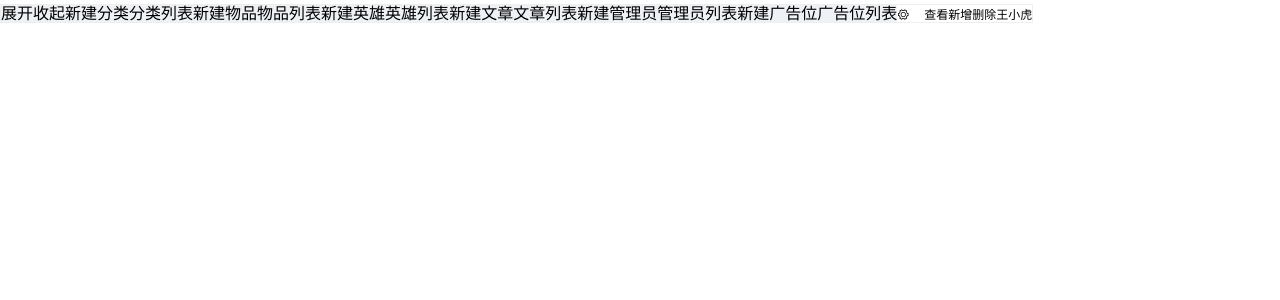
Repository: zqw980624/aaa
Page: / (app in admin/)
An editor plug-in stored every save of this project. The page is shown before and after the next save, followed by the edit.
The browser window is 1280 px wide. The pictures show the whole page.
The project was rebuilt for these pictures with package versions that can differ from the ones it lists, and the page was loaded fresh each time. Also part of the build but not shown: admin/src/views/CategoryEditor.vue, admin/src/views/CategoryList.vue, admin/src/views/ItemEditor.vue, admin/src/views/ItemList.vue, admin/src/views/HeroEditor.vue, admin/src/views/HeroList.vue, admin/src/views/ArticleEditor.vue, admin/src/views/ArticleList.vue and 4 more. Imported but missing from the stored project, and not drawn on this page: admin/src/plugins/element.js.

Above is the page before, as saved 2020-03-09 22:49:06.

### admin/src/main.js
import Vue from 'vue';
import App from './App.vue';
import './plugins/element.js'
import router from './router'

Vue.config.productionTip = false;

import http from "./http"
Vue.prototype.$http = http

new Vue({
  router,
  render: (h) => h(App)
}).$mount('#app');

### admin/src/App.vue
<template>
  <div id="app">
   <router-view></router-view>
  </div>
</template>

<style>
  html,body{
    margin: 0;
    padding: 0;
  }
</style>

### admin/src/router/index.js
import Vue from 'vue'
import VueRouter from 'vue-router'
import Main from '../views/Main.vue'
import CategoryEditor from '../views/CategoryEditor.vue'
import CategoryList from '../views/CategoryList.vue'

import ItemEditor from '../views/ItemEditor.vue'
import ItemList from '../views/ItemList.vue'

import HeroEditor from '../views/HeroEditor.vue'
import HeroList from '../views/HeroList.vue'

import ArticleEditor from '../views/ArticleEditor.vue'
import ArticleList from '../views/ArticleList.vue'

import AdsEditor from '../views/AdsEditor.vue'
import AdsList from '../views/AdsList.vue'

import AdministratorEditor from '../views/AdministratorEditor.vue'
import AdministratorList from '../views/AdministratorList.vue'
Vue.use(VueRouter)

const routes = [
  {
    path: '/',
    name: 'Main',
    component: Main,
    children:[
      {path:"category/create",component:CategoryEditor},
      {path:"category/editor/:id",component:CategoryEditor,props:true},
      {path:"category/list",component:CategoryList},

      {path:"item/create",component:ItemEditor},
      {path:"item/editor/:id",component:ItemEditor,props:true},
      {path:"item/list",component:ItemList},

      {path:"hero/create",component:HeroEditor},
      {path:"hero/editor/:id",component:HeroEditor,props:true},
      {path:"hero/list",component:HeroList},

      {path:"article/create",component:ArticleEditor},
      {path:"article/editor/:id",component:ArticleEditor,props:true},
      {path:"article/list",component:ArticleList},

      {path:"ad/create",component:AdsEditor},
      {path:"ad/editor/:id",component:AdsEditor,props:true},
      {path:"ad/list",component:AdsList},

      {path:"administrator/create",component:AdministratorEditor},
      {path:"administrator/editor/:id",component:AdministratorEditor,props:true},
      {path:"administrator/list",component:AdministratorList},


    ]
  }
]

const router = new VueRouter({
  mode: 'history',
  base: process.env.BASE_URL,
  routes
})

export default router

### admin/src/http.js
import axios from "axios";

const http = axios.create({
    baseURL:"http://localhost:3000/admin/api"
})

export default http

### admin/src/views/Main.vue

<template>
  <el-container style="height: 100vh; border: 1px solid #eee">
    <el-aside width="200px" style="background-color: rgb(238, 241, 246)">
      <el-menu
        router
        :default-active="$route.path"
        :default-openeds="['1']"
        unique-opened
        background-color="#404040"
        text-color="#aaa"
        active-text-color="#ff4238"
        :collapse="isCollapse"
      >
        <el-radio-group v-model="isCollapse" style="margin-bottom: 20px;">
          <el-radio-button :label="false">展开</el-radio-button>
          <el-radio-button :label="true">收起</el-radio-button>
        </el-radio-group>
        <el-submenu index="1">
          <template slot="title">
            <i class="el-icon-message"></i>
            <span slot="title">内容管理</span>
          </template>
          <el-menu-item-group>
            <template slot="title">分类</template>
            <el-menu-item index="/category/create">新建分类</el-menu-item>
            <el-menu-item index="/category/list">分类列表</el-menu-item>
          </el-menu-item-group>
          <el-menu-item-group>
            <template slot="title">物品</template>
            <el-menu-item index="/item/create">新建物品</el-menu-item>
            <el-menu-item index="/item/list">物品列表</el-menu-item>
          </el-menu-item-group>
        </el-submenu>

        <el-submenu index="2">
          <template slot="title">
            <i class="el-icon-message"></i>
            <span slot="title">系统管理</span>
          </template>
          <el-menu-item-group>
            <template slot="title">英雄</template>
            <el-menu-item index="/hero/create">新建英雄</el-menu-item>
            <el-menu-item index="/hero/list">英雄列表</el-menu-item>
          </el-menu-item-group>
          <el-menu-item-group>
            <template slot="title">文章</template>
            <el-menu-item index="/article/create">新建文章</el-menu-item>
            <el-menu-item index="/article/list">文章列表</el-menu-item>
          </el-menu-item-group>
        </el-submenu>

        <el-submenu index="3">
         <template slot="title">
            <i class="el-icon-message"></i>
            <span slot="title">管理员管理</span>
          </template>
          <el-menu-item-group>
            <template slot="title">管理员</template>
            <el-menu-item index="/administrator/create">新建管理员</el-menu-item>
            <el-menu-item index="/administrator/list">管理员列表</el-menu-item>
          </el-menu-item-group>
          <el-menu-item-group>
            <template slot="title">广告位</template>
            <el-menu-item index="/ad/create">新建广告位</el-menu-item>
            <el-menu-item index="/ad/list">广告位列表</el-menu-item>
          </el-menu-item-group>
        </el-submenu>
      </el-menu>
    </el-aside>

    <el-container>
      <el-header style="text-align: right; font-size: 12px">
        <el-dropdown>
          <i class="el-icon-setting" style="margin-right: 15px"></i>
          <el-dropdown-menu slot="dropdown">
            <el-dropdown-item>查看</el-dropdown-item>
            <el-dropdown-item>新增</el-dropdown-item>
            <el-dropdown-item>删除</el-dropdown-item>
          </el-dropdown-menu>
        </el-dropdown>
        <span>王小虎</span>
      </el-header>

      <el-main>
        <router-view></router-view>
      </el-main>
    </el-container>
  </el-container>
</template>
<script>
export default {
  data() {
    return {
      isCollapse: true
    };
  }
};
</script>
<style>
.el-header {
  background-color: #b3c0d1;
  color: #333;
  line-height: 60px;
}

.el-aside {
  color: #333;
}
</style>

Loaded but not shown: admin/public/index.html (common file)

After the next save:
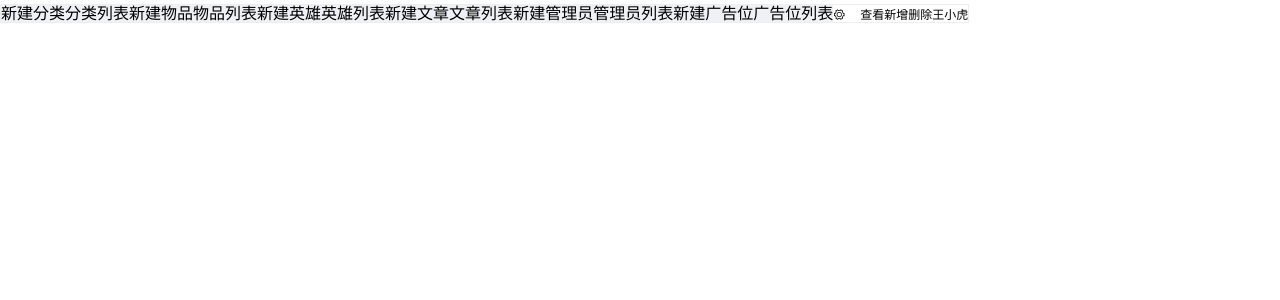
Saved 49 s later.
--- a/admin/src/views/Main.vue
+++ b/admin/src/views/Main.vue
@@ -12,10 +12,10 @@
         active-text-color="#ff4238"
         :collapse="isCollapse"
       >
-        <el-radio-group v-model="isCollapse" style="margin-bottom: 20px;">
+        <!-- <el-radio-group v-model="isCollapse" style="margin-bottom: 20px;">
           <el-radio-button :label="false">展开</el-radio-button>
           <el-radio-button :label="true">收起</el-radio-button>
-        </el-radio-group>
+        </el-radio-group> -->
         <el-submenu index="1">
           <template slot="title">
             <i class="el-icon-message"></i>
